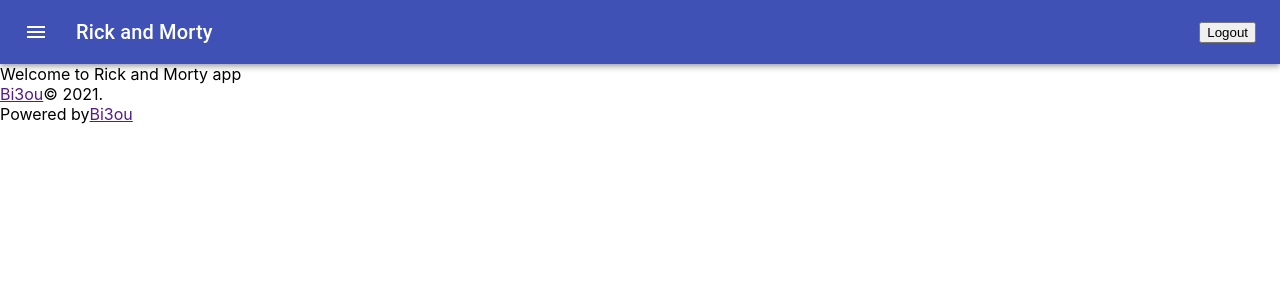
Repository: walidnsiri/RickAndMorty
Page: /Home
An editor plug-in stored every save of this project. The page is shown before and after the next save, followed by the edit.
The browser window is 1280 px wide. The pictures show the whole page.
The project was rebuilt for these pictures with package versions that can differ from the ones it lists, and the page was loaded fresh each time. Also part of the build but not shown: src/App.css.

Above is the page before, as saved 2021-07-20 10:24:22.

After the next save:
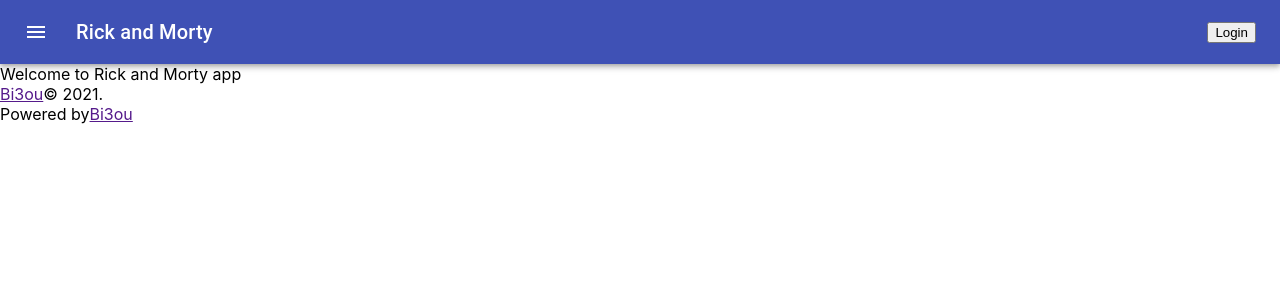
Saved 49 s later.
--- a/src/Components/Nav.js
+++ b/src/Components/Nav.js
@@ -57,7 +57,7 @@
        </Typography>
       </Hidden>
       <div>
-      {isAuthenticated ? <Login/> : <Logout/>}
+      {isAuthenticated ?  <Logout/>:  <Login/>}
       </div>
      </Toolbar>
     </AppBar>
